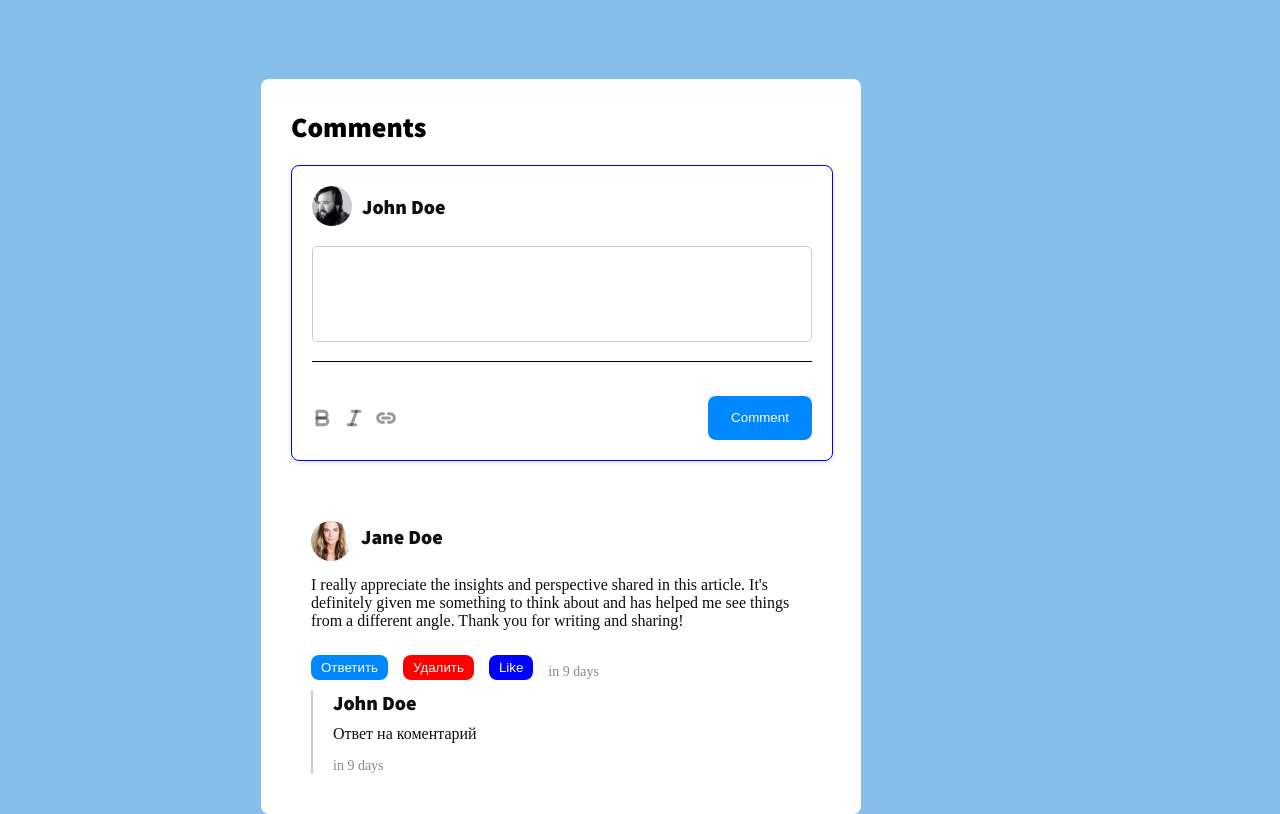
Repository: nikiforovki/appcommits
Page: /
The author's editor kept a copy of each file at every save. The page is drawn from the files as they stood at one save, then again after the next save.
The browser window is 1280 px wide. The pictures show the whole page.
The project was rebuilt for these pictures with package versions that can differ from the ones it lists, and the page was loaded fresh each time. Requests to the local data server were answered from the project's data file. Also part of the build but not shown: webpack.config.ts.

Above is the page before, as saved 2024-09-08 15:41:45.

After the next save:
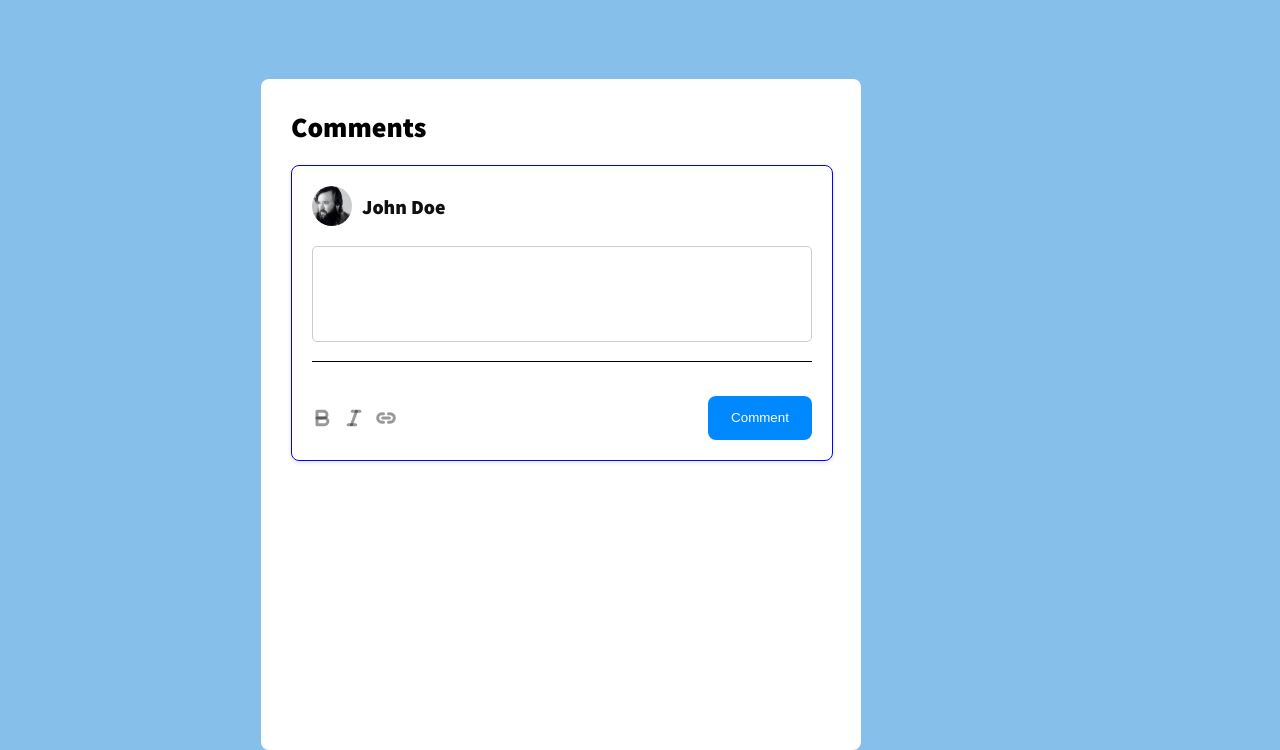
Saved 3 min 41 s later.
--- a/db.json
+++ b/db.json
@@ -1,23 +1,4 @@
 {
-  "comments": [
-    {
-      "id": "1724444371668",
-      "img": "/img/IconWomen.svg",
-      "author": "Jane Doe",
-      "text": "I really appreciate the insights and perspective shared in this article. It's definitely given me something to think about and has helped me see things from a different angle. Thank you for writing and sharing!",
-      "timestamp": "2024-08-23T20:19:31.668Z",
-      "liked": false,
-      "isBold": false,
-      "isItalic": false,
-      "isLink": false,
-      "replies": [
-        {
-          "id": "unique-reply-id-1",
-          "author": "John Doe",
-          "text": "Ответ на коментарий",
-          "timestamp": "2024-08-23T20:20:31.668Z"
-        }
-      ]
-    }
-  ]
+  "comments": [],
+  "replies": []
 }
